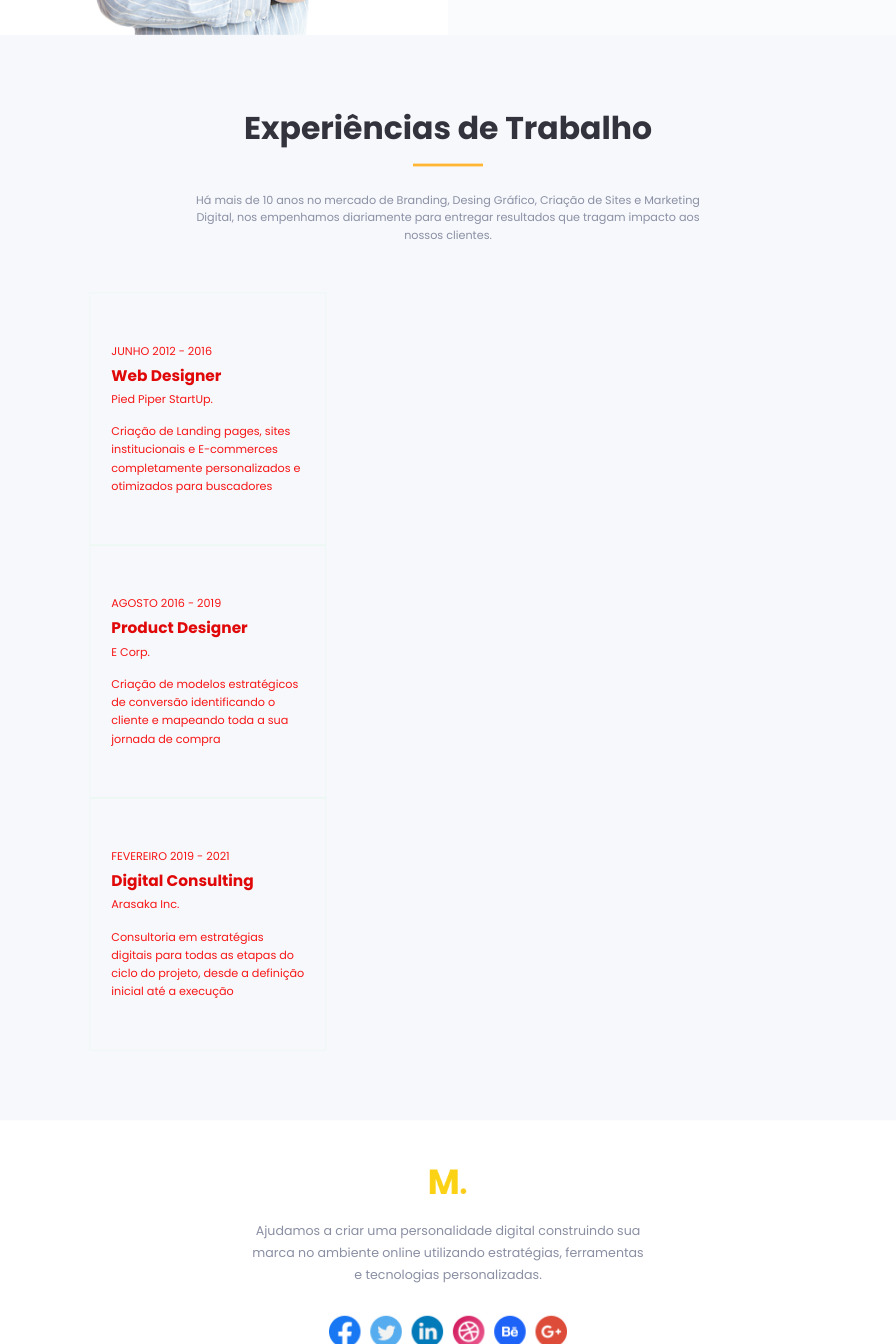
Repository: Daniells642/agencia-digital
Page: /
These files come from the project's save history. The page is drawn as it stood at one moment and after the next save; the edit follows.
The browser window is 1280 px wide. The pictures show the part of the page from y = 634 to 2554 px (the page is 2677 px tall), at 70% of full size.
The project was rebuilt for these pictures with package versions that can differ from the ones it lists, and the page was loaded fresh each time.

Above is the page before, as saved 2022-12-02 22:25:08.

After the next save:
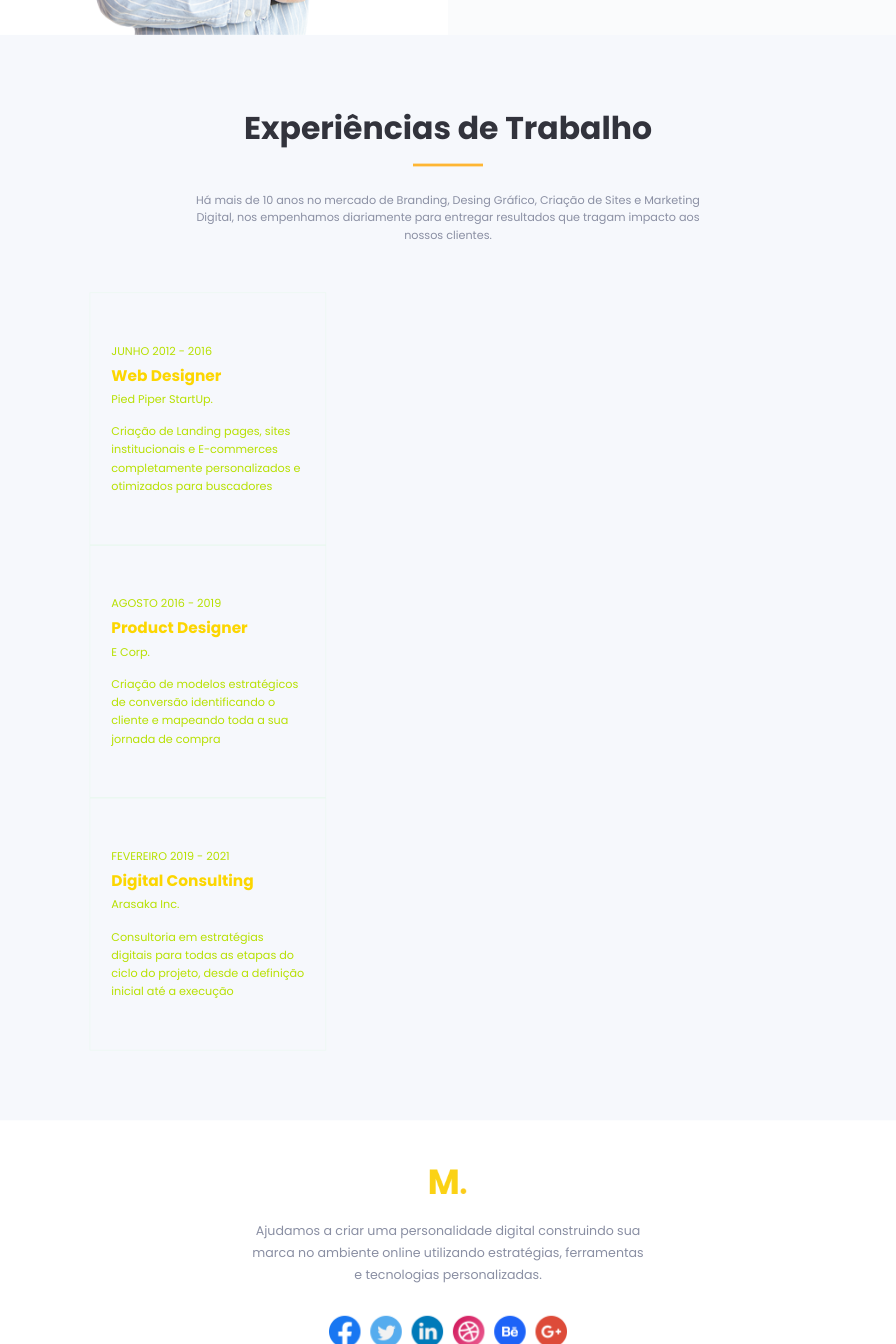
Saved 18 s later.
--- a/src/componentes/Card/style.css
+++ b/src/componentes/Card/style.css
@@ -54,9 +54,9 @@
   }
 
   .card-modo-escuro h4{
-    color: #e00808;
+    color: #fcd600;
   }
 
   .card-modo-escuro p {
-    color: #f71515;
+    color: #b7e000;
   }
